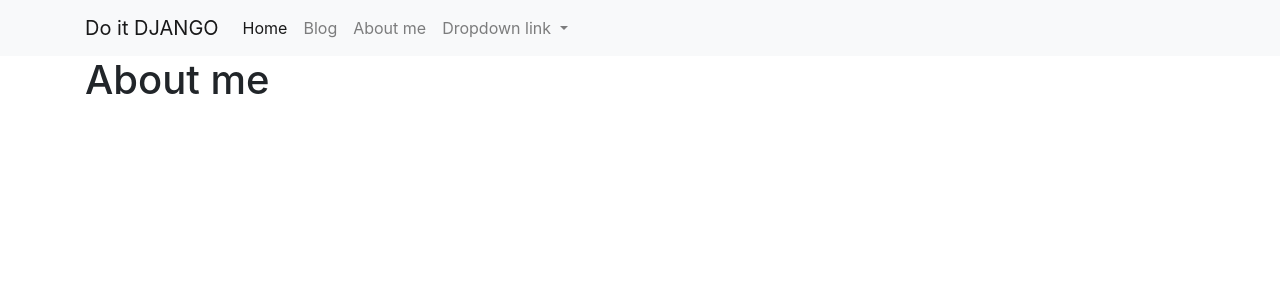
Repository: lwygold/do_it_ft
Page: about_me.html
The author's editor kept a copy of each file at every save. The page is drawn from the files as they stood at one save, then again after the next save.
The browser window is 1280 px wide. The pictures show the whole page.

Above is the page before, as saved 2021-08-10 18:06:02.

### about_me.html
<!DOCTYPE html>
<html lang="en">

<head>
    <meta charset="UTF-8">
    <meta http-equiv="X-UA-Compatible" content="IE=edge">
    <meta name="viewport" content="width=device-width, initial-scale=1.0">
    <title>About Me</title>
    <link rel="stylesheet" href="https://cdn.jsdelivr.net/npm/bootstrap@4.6.0/dist/css/bootstrap.min.css"
        integrity="sha384-B0vP5xmATw1+K9KRQjQERJvTumQW0nPEzvF6L/Z6nronJ3oUOFUFpCjEUQouq2+l" crossorigin="anonymous">
    <link rel="stylesheet" href="./sub.css" type="text/css" />
</head>

<body>

    <nav class="navbar navbar-expand-lg navbar-light bg-light">
        <div class="container">

            <a class="navbar-brand" href="#">Do it DJANGO</a>
            <button class="navbar-toggler" type="button" data-toggle="collapse" data-target="#navbarNavDropdown"
                aria-controls="navbarNavDropdown" aria-expanded="false" aria-label="Toggle navigation">
                <span class="navbar-toggler-icon"></span>
            </button>
            <div class="collapse navbar-collapse" id="navbarNavDropdown">
                <ul class="navbar-nav">
                    <li class="nav-item active">
                        <a class="nav-link" href="./index.html">Home <span class="sr-only">(current)</span></a>
                    </li>
                    <li class="nav-item">
                        <a class="nav-link" href="./blog_list.html">Blog</a>
                    </li>
                    <li class="nav-item">
                        <a class="nav-link" href="./about_me.html">About me</a>
                    </li>
                    <li class="nav-item dropdown">
                        <a class="nav-link dropdown-toggle" href="#" id="navbarDropdownMenuLink" role="button"
                            data-toggle="dropdown" aria-haspopup="true" aria-expanded="false">
                            Dropdown link
                        </a>
                        <div class="dropdown-menu" aria-labelledby="navbarDropdownMenuLink">
                            <a class="dropdown-item" href="#">Action</a>
                            <a class="dropdown-item" href="#">Another action</a>
                            <a class="dropdown-item" href="#">Something else here</a>
                        </div>
                    </li>
                </ul>
            </div>
        </div>
    </nav>

    <div class="container">
        <h1>About me</h1>

    </div>


    <script src="https://code.jquery.com/jquery-3.5.1.slim.min.js"
        integrity="sha384-DfXdz2htPH0lsSSs5nCTpuj/zy4C+OGpamoFVy38MVBnE+IbbVYUew+OrCXaRkfj"
        crossorigin="anonymous"></script>
    <script src="https://cdn.jsdelivr.net/npm/bootstrap@4.6.0/dist/js/bootstrap.bundle.min.js"
        integrity="sha384-Piv4xVNRyMGpqkS2by6br4gNJ7DXjqk09RmUpJ8jgGtD7zP9yug3goQfGII0yAns"
        crossorigin="anonymous"></script>

</body>

</html>

### sub.css
.container {
    width:1920px;
    margin:0 auto;

}

After the next save:
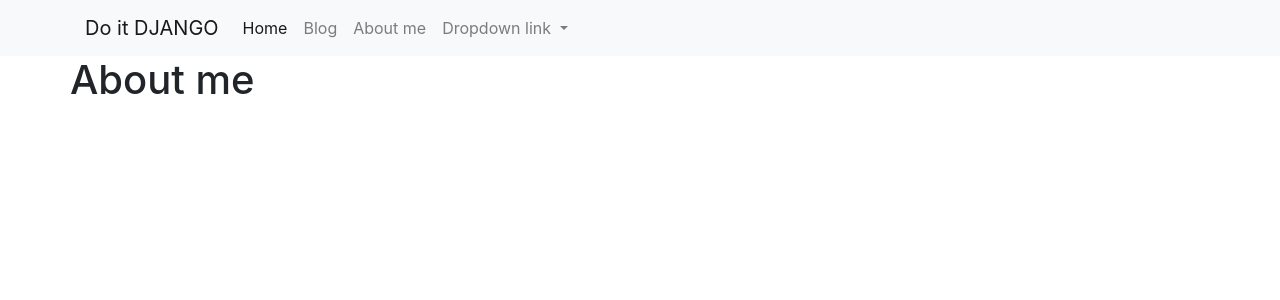
Saved 2 min 50 s later.
--- a/about_me.html
+++ b/about_me.html
@@ -49,7 +49,9 @@
     </nav>
 
     <div class="container">
-        <h1>About me</h1>
+        <div class="row">
+            <h1>About me</h1>
+        </div>
 
     </div>
 

After the save that followed:
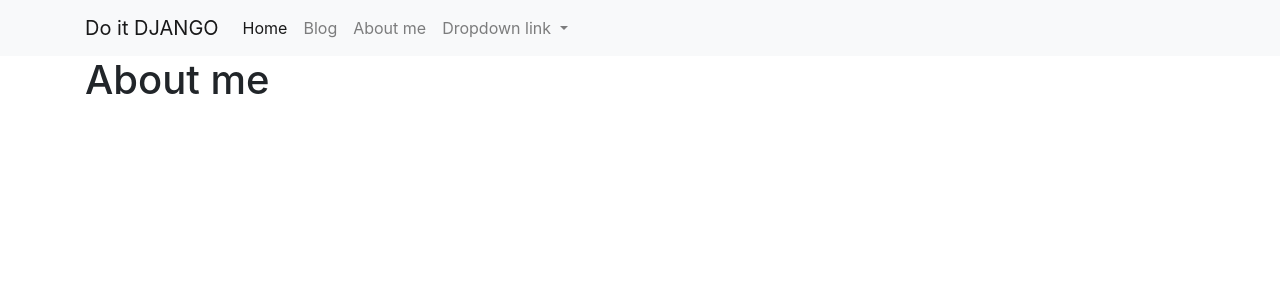
Saved 29 s later.
--- a/about_me.html
+++ b/about_me.html
@@ -50,7 +50,10 @@
 
     <div class="container">
         <div class="row">
-            <h1>About me</h1>
+            <div class="col-9">
+                <h1>About me</h1>
+            </div>
+
         </div>
 
     </div>
